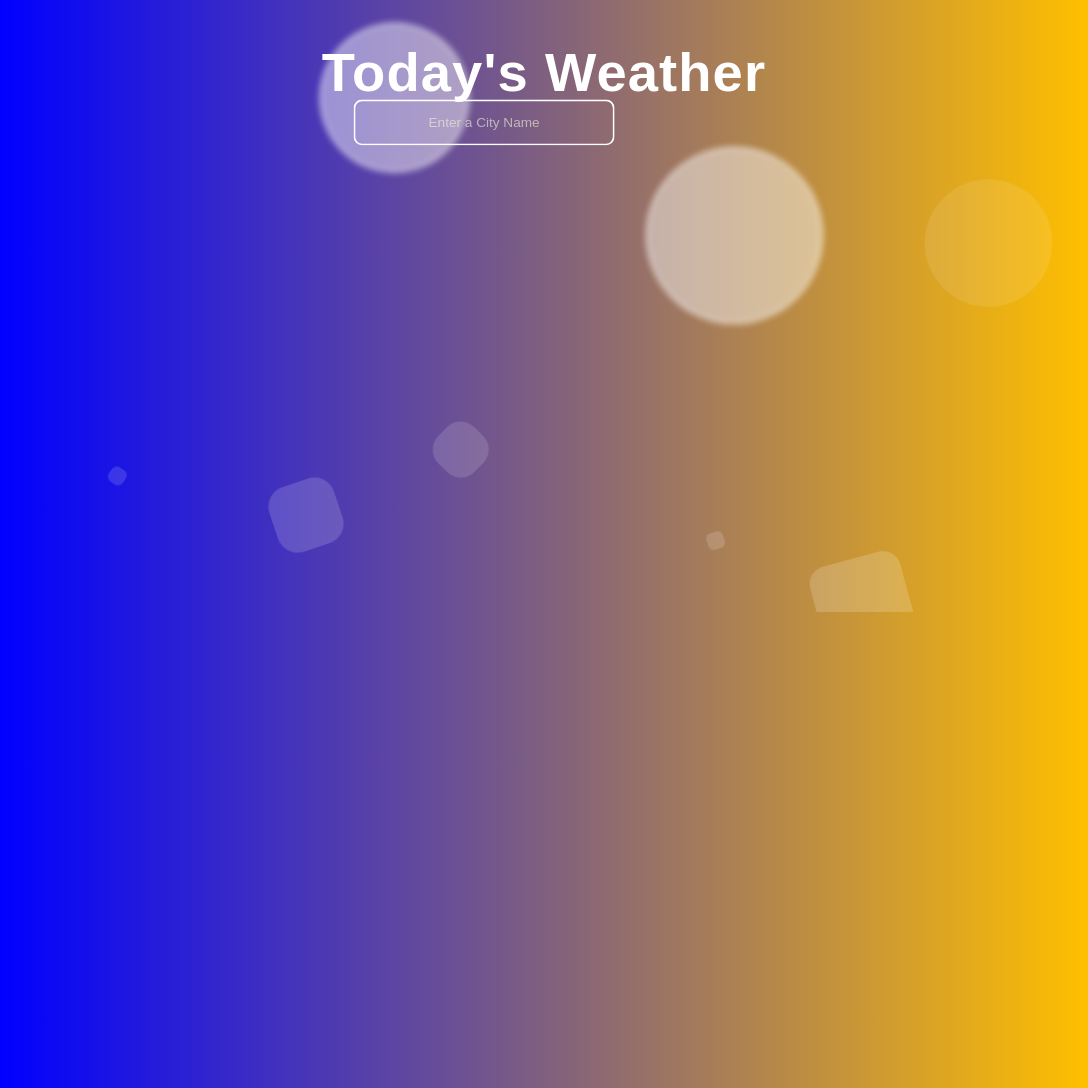
Repository: KayceeNguyen/bubleweather-app
Page: /
The author's editor kept a copy of each file at every save. The page is drawn from the files as they stood at one save, then again after the next save.
The browser window is 1280 px wide. The pictures show the whole page, at 85% of full size.
The project was rebuilt for these pictures with package versions that can differ from the ones it lists, and the page was loaded fresh each time. The framework's server and built-in components were replaced by stand-ins that run in the browser. Also part of the build but not shown: next.config.js.

Above is the page before, as saved 2023-01-20 02:45:45.

### pages/index.js
import Head from 'next/head'
import Image from 'next/image'
import { Inter } from '@next/font/google'
import styles from '@/styles/Home.module.css'
import { useEffect, useState } from 'react'
import axios from 'axios'
// import { setMaxListeners } from 'events'


const inter = Inter({ subsets: ['latin'] })

export default function Home() {

  const [location, setLocation] = useState('');
  const [data, setData] = useState({});
  const [weather, setWeather] = useState('');
  const [wind, setWind] = useState('');
  const [errorMessage, setErrorMessage] = useState('');
  const [icon, setIcon] = useState('');
  const [country, setCountry] = useState('');

  var apiKey = "a26e0a15f49a8c5e5634e795262ea5cd"
  var lang = "en";
  var units = "metric";
  const url = `https://api.openweathermap.org/data/2.5/weather?q=${location}&units=${units}&appid=${apiKey}&lang=${lang}`

  // const iconApi = await fetch('http://openweathermap.org/img/w/' + iconName + '.png')
  //           this.setState({
  //               icon : iconApi.url
  //           })

  // const imageUrl = `https://api.openweathermap.org/img/weather?q=${data.weather.icon}`

  console.log(url);

  const searchLocation = (event) => {
    if(event.key === "Enter") {
      axios.get(url)
      .then((response) => {

        console.clear();
        setData(response.data)
        console.log(response.data);
        setWeather(response.data.weather);
        // setMaxListeners(response.data.main)
        setWind(response.data.wind);
        setIcon(response.data.icon);
        setCountry(response.data.country)
        setErrorMessage("")

      }).catch(err => {

        console.log(err);
        setErrorMessage("Please enter another location");
        setData({});
        setWeather();
        setIcon();
        setWind();
        setCountry();

      })

      setLocation('')
    }
  }

  //   const searchWeather = (event) => {

  //     if(event.onClick == true) {
  //       axios.get(url)
  //       .then((response) => {

  //         console.clear();
  //         setData(response.data)
  //         console.log(response.data);
  //         setWeather(response.data.weather);
  //         // setMaxListeners(response.data.main)
  //         setWind(response.data.wind);
  //         setIcon(response.data.icon);
  //         setCountry(response.data.country)
  //         setErrorMessage("")

  //       }).catch(err => {

  //         console.log(err);
  //         setErrorMessage("Please enter another location");
  //         setData({});
  //         setWeather();
  //         setIcon();
  //         setWind();
  //         setCountry();

  //       })

  //       searchWeather('')
  //   }


  // }

  return (
    <>
      <Head>
        <title>Bubble Weather App</title>
        <meta name="description" content="Generated by create next app" />
        <meta name="viewport" content="width=device-width, initial-scale=1" />
        <link rel="icon" href="/cloudy.ico" />
      </Head>

      <main className={styles.main}>

          <div className={styles.area} >
            <ul className={styles.circles}>
                    <li></li>
                    <li></li>
                    <li></li>
                    <li></li>
                    <li></li>
                    <li></li>
                    <li></li>
                    <li></li>
                    <li></li>
                    <li></li>
            </ul>
          </div >

        <h1 className={styles.header}>Today's Weather</h1>

        <div className={styles.wrapper}>
                <div className={styles.shape1}></div>
                <div className={styles.shape2}></div>

          <div className={styles.searchContainer}>
            <input id={styles.input}

              value={location}
              onChange={event => setLocation(event.target.value)}
              placeholder ="Enter a City Name"
              onKeyDown={searchLocation}
              type="text"

            />

          {/* <button className={styles.searchBtn}
            type="submit"
            onClick={setWeather}

          >SEARCH</button> */}

          <image className={styles.location}
            src='/location.png'

          />


          </div>





        </div>

        {
          weather && data.weather?.map((w, index) => {
            return (

                <div className={styles.container} key={index}>

                  <h2 className={styles.name}>{data.name}, {data.sys.country}</h2>

                  {/* <div className={styles.iconId}>{w.icon}</div> */}

                  <img className={styles.icon}
                    src={`https://s3-us-west-2.amazonaws.com/s.cdpn.io/162656/${w.icon}.svg`}
                    // https://s3-us-west-2.amazonaws.com/s.cdpn.io/162656/${weather[0]["icon"]}.svg
                  />

                  <br/>
                  <br/>
                  <br/>

                  <div className={styles.temp}>{data.main.temp}&#176;C</div>
                  <div className={styles.feelLike}>Feel Like: {data.main.feels_like}&#176;C</div>
                  <br/>



                  <div className={styles.desc}>
                    <div>{w.description} | {w.main}</div>
                    {/* <div>{w.imgUrl}</div> */}
                  </div>

                  <br/>
                  <br/>

                  <div className={styles.tempContainer}>

                    <div className={styles.low}>
                        <h4 className={styles.tittle}>Lowest Temp</h4>
                        <h4 className={styles.tempMin}>{data.main.temp_min}&#176;C</h4>
                    </div>

                    <div className={styles.high}>
                        <h4 className={styles.tittle}>Highest Temp</h4>
                        <div className={styles.tempMax}>{data.main.temp_max}&#176;C</div>
                    </div>

                  </div>

                  <br/>
                  <br/>


                      <div className={styles.wind}>
                        <h4 className={styles.tittle}>Wind gust</h4>
                        <div className={styles.windNum}>{data.wind.gust} m/s</div>
                      </div>


                </div>


            )
          })
        }





      </main>
    </>
  )
}

### styles/Home.module.css
.main {
  display: flex;
  flex-direction: column;
  justify-content: space-between;
  align-items: center;
  padding: 6rem;
  min-height: 100vh;
  font-family: Arial, Helvetica, sans-serif;
  color: white;
}

.description {
  display: inherit;
  justify-content: inherit;
  align-items: inherit;
  font-size: 0.85rem;
  max-width: var(--max-width);
  width: 100%;
  z-index: 2;
  font-family: var(--font-mono);
}

.description a {
  display: flex;
  justify-content: center;
  align-items: center;
  gap: 0.5rem;
}

.description p {
  position: relative;
  margin: 0;
  padding: 1rem;
  background-color: rgba(var(--callout-rgb), 0.5);
  border: 1px solid rgba(var(--callout-border-rgb), 0.3);
  border-radius: var(--border-radius);
}

.code {
  font-weight: 700;
  font-family: var(--font-mono);
}

.grid {
  display: grid;
  grid-template-columns: repeat(4, minmax(25%, auto));
  width: var(--max-width);
  max-width: 100%;
}

.card {
  padding: 1rem 1.2rem;
  border-radius: var(--border-radius);
  background: rgba(var(--card-rgb), 0);
  border: 1px solid rgba(var(--card-border-rgb), 0);
  transition: background 200ms, border 200ms;
}

.card span {
  display: inline-block;
  transition: transform 200ms;
}

.card h2 {
  font-weight: 600;
  margin-bottom: 0.7rem;
}

.card p {
  margin: 0;
  opacity: 0.6;
  font-size: 0.9rem;
  line-height: 1.5;
  max-width: 30ch;
}

.center {
  display: flex;
  justify-content: center;
  align-items: center;
  position: relative;
  padding: 4rem 0;
}

.center::before {
  background: var(--secondary-glow);
  border-radius: 50%;
  width: 480px;
  height: 360px;
  margin-left: -400px;
}

.center::after {
  background: var(--primary-glow);
  width: 240px;
  height: 180px;
  z-index: -1;
}

.center::before,
.center::after {
  content: '';
  left: 50%;
  position: absolute;
  filter: blur(45px);
  transform: translateZ(0);
}

.logo,
.thirteen {
  position: relative;
}

.thirteen {
  display: flex;
  justify-content: center;
  align-items: center;
  width: 75px;
  height: 75px;
  padding: 25px 10px;
  margin-left: 16px;
  transform: translateZ(0);
  border-radius: var(--border-radius);
  overflow: hidden;
  box-shadow: 0px 2px 8px -1px #0000001a;
}

.thirteen::before,
.thirteen::after {
  content: '';
  position: absolute;
  z-index: -1;
}

/* Conic Gradient Animation */
.thirteen::before {
  animation: 6s rotate linear infinite;
  width: 200%;
  height: 200%;
  background: var(--tile-border);
}

/* Inner Square */
.thirteen::after {
  inset: 0;
  padding: 1px;
  border-radius: var(--border-radius);
  background: linear-gradient(
    to bottom right,
    rgba(var(--tile-start-rgb), 1),
    rgba(var(--tile-end-rgb), 1)
  );
  background-clip: content-box;
}

/* Enable hover only on non-touch devices */
@media (hover: hover) and (pointer: fine) {
  .card:hover {
    background: rgba(var(--card-rgb), 0.1);
    border: 1px solid rgba(var(--card-border-rgb), 0.15);
  }

  .card:hover span {
    transform: translateX(4px);
  }
}

@media (prefers-reduced-motion) {
  .thirteen::before {
    animation: none;
  }

  .card:hover span {
    transform: none;
  }
}

/* Mobile */
@media (max-width: 700px) {
  .content {
    padding: 4rem;
  }

  .grid {
    grid-template-columns: 1fr;
    margin-bottom: 120px;
    max-width: 320px;
    text-align: center;
  }

  .card {
    padding: 1rem 2.5rem;
  }

  .card h2 {
    margin-bottom: 0.5rem;
  }

  .center {
    padding: 8rem 0 6rem;
  }

  .center::before {
    transform: none;
    height: 300px;
  }

  .description {
    font-size: 0.8rem;
  }

  .description a {
    padding: 1rem;
  }

  .description p,
  .description div {
    display: flex;
    justify-content: center;
    position: fixed;
    width: 100%;
  }

  .description p {
    align-items: center;
    inset: 0 0 auto;
    padding: 2rem 1rem 1.4rem;
    border-radius: 0;
    border: none;
    border-bottom: 1px solid rgba(var(--callout-border-rgb), 0.25);
    background: linear-gradient(
      to bottom,
      rgba(var(--background-start-rgb), 1),
      rgba(var(--callout-rgb), 0.5)
    );
    background-clip: padding-box;
    backdrop-filter: blur(24px);
  }

  .description div {
    align-items: flex-end;
    pointer-events: none;
    inset: auto 0 0;
    padding: 2rem;
    height: 200px;
    background: linear-gradient(
      to bottom,
      transparent 0%,
      rgb(var(--background-end-rgb)) 40%
    );
    z-index: 1;
  }
}

/* Tablet and Smaller Desktop */
@media (min-width: 701px) and (max-width: 1120px) {
  .grid {
    grid-template-columns: repeat(2, 50%);
  }
}

@media (prefers-color-scheme: dark) {
  .vercelLogo {
    filter: invert(1);
  }

  .logo,
  .thirteen img {
    filter: invert(1) drop-shadow(0 0 0.3rem #ffffff70);
  }
}

@keyframes rotate {
  from {
    transform: rotate(360deg);
  }
  to {
    transform: rotate(0deg);
  }
}

/****************GRADIENT BACKGROUND****************/

.main {
  height: 100vw;
  background: linear-gradient(to right, #ffbf00, #00f); /* Set the initial gradient */
  background-size: 200% 100%; /* Increase the size of the gradient */
  animation: gradient 15s ease infinite; /* Animate the gradient */
}

@keyframes gradient {
  0% {
    background-position: 0% 50%; /* Set the starting position of the gradient */
  }
  50% {
    background-position: 100% 50%; /* Shift the gradient to the right */
  }
  100% {
    background-position: 0% 50%; /* Shift the gradient back to the left */
  }
}

/* Change the colors of the gradient as the cursor moves */
.main:hover {
  background: linear-gradient(to right, #00f, #ffbf00);
}

.header {
  font-weight: bold;
  font-size: 4rem;
  letter-spacing: 0.02em;
  padding: 0 0 30px 0;
  position: absolute;
  top: 3rem;
}

.wrapper {
  font-size: 16px;
  width: 100vw;
  max-width: 28em;
  position: absolute;
  transform: translate(-50%, -50%);
  top: 20%;
  left: 50%;
}

.shape, .shape1, .shape2 {
  position: absolute;
  background-color: hsl(0, 0%, 100%, 45%);
  filter: blur(4px);
  border: 2px solid hsl(0, 0%, 100%, 80%);
  border-radius: 50%;
}


.shape1 {
  height: 13em;
  width: 13em;
  right: -6.5em;
  top: 1.8em;
}

.shape2 {
  height: 11em;
  width: 11em;
  bottom: -3.7em;
  left: -2.5em;
}

.searchContainer {
  display: flex;
  align-items: center;
}

#input {
  font-size: 1em;
  font-family: Arial, Helvetica, sans-serif;
  margin: auto;
  position: absolute;
  display: inline-block;
  text-align: center;
  align-items: center;
  padding-left: 3em;
  padding-right: 3em;
  padding-top: 1em;
  padding-bottom: 1em;

  background-color: transparent;
  border: 2px solid white;
  color: white;
  font-weight: 300;
  border-radius: 10px;
}

#input::placeholder {
  color: hsl(60, 56%, 91%, 0.6);
}

.searchBtn {
  cursor: pointer;
  outline: none;
  font-family: Arial, Helvetica, sans-serif;
  right: 0px;
  position: absolute;
  display: flex;
  text-align: center;
  align-items: center;
  justify-content: center;
  display: inline-block;
  font-size: 1em;
  border: 2px solid white;;

  padding-left: 3em;
  padding-right: 3em;
  padding-top: 1em;
  padding-bottom: 1em;

  background-color: transparent;
  border: 2px solid white;
  color: white;
  font-weight: 800;
  border-radius: 10px;
}

/*** Search BTN animation ***/

.searchBtn:hover, .searchBtn:focus {
  background-color: white;
  color: gray;
}



.name {
  text-align: center;
  position: relative;
}

.container {
  position: relative;
  top: 0;


  display: flex;
  flex-direction: column;
  justify-content: space-between;
  align-items: center;
  padding: 6rem;
  margin: 10rem;

  width: 100%;
  border-radius: 1em;
  text-align: center;

  background: hsl(0, 0%, 100%, 20%);
  backdrop-filter: blur(10px);
  padding: 3em 1.8em;
  border: 4px solid rgba(255, 255, 255, 0.7);
}

/*** Container animation ***/

.container:hover,
.container:focus {
  box-shadow: 0 0.5em 0.5em -0.4em var(--hover);
  transform: translateY(-0.25em);
}

.desc {
  text-align: center;
  position: absolute;
  top: 16em;
}

.temp {
  font-size: 5em;
  padding-bottom: 2rem;
}

.tempContainer {
  display: flex;
  justify-content: center;
}

.tempContainer div {
  padding: 0.3em 1em;
}

.tempContainer div:first-child {
  border-right: 1px solid white;
}

.tempContainer .tittle {
  font-weight: 600;
  color: var(--white);
}

.tempContainer .temp {
  font-weight: 300;
  padding: 3em;
  color: var(--off-white);
}

.tempMin, .tempMax {
  font-weight: 100;
  padding: 5px;
  position: relative;
  display: inline-block;
  left: 0;

}

@media screen and (max-width: 450px) {
  .wrapper {
    font-size: 14px;
  }
}

.icon {
  margin: 40px;
  filter: brightness(0) invert(1);
  transform-origin: top center;
	animation: icon 2s ease infinite;
}

@keyframes icon {
	20% { transform: rotate(15deg); }
	40% { transform: rotate(-10deg); }
	60% { transform: rotate(5deg); }
	80% { transform: rotate(-5deg); }
	100% { transform: rotate(0deg); }
}

.tittle {
  padding: 10px;
}

.area{
  background: -webkit-linear-gradient(to left, #C8102E, #446eac);
  width: 100vw;
  height:100%;
}

.circles{
  position: absolute;
  top: 0;
  left: 0;
  width: 100%;
  height: 100%;
  overflow: hidden;
}

.circles li{
  position: absolute;
  display: block;
  list-style: none;
  width: 20px;
  height: 20px;
  background: rgba(255, 255, 255, 0.2);
  animation: animate 25s linear infinite;
  bottom: -150px;
}

.circles li:nth-child(1){
  left: 25%;
  width: 80px;
  height: 80px;
  animation-delay: 0s;
}


.circles li:nth-child(2){
  left: 10%;
  width: 20px;
  height: 20px;
  animation-delay: 2s;
  animation-duration: 12s;
}

.circles li:nth-child(3){
  left: 70%;
  width: 20px;
  height: 20px;
  animation-delay: 4s;
}

.circles li:nth-child(4){
  left: 40%;
  width: 60px;
  height: 60px;
  animation-delay: 0s;
  animation-duration: 18s;
}

.circles li:nth-child(5){
  left: 65%;
  width: 20px;
  height: 20px;
  animation-delay: 0s;
}

.circles li:nth-child(6){
  left: 75%;
  width: 110px;
  height: 110px;
  animation-delay: 3s;
}

.circles li:nth-child(7){
  left: 35%;
  width: 150px;
  height: 150px;
  animation-delay: 7s;
}

.circles li:nth-child(8){
  left: 50%;
  width: 25px;
  height: 25px;
  animation-delay: 15s;
  animation-duration: 45s;
}

.circles li:nth-child(9){
  left: 20%;
  width: 15px;
  height: 15px;
  animation-delay: 2s;
  animation-duration: 35s;
}

.circles li:nth-child(10){
  left: 85%;
  width: 150px;
  height: 150px;
  animation-delay: 0s;
  animation-duration: 11s;
}



@keyframes animate {

  0%{
      transform: translateY(0) rotate(0deg);
      opacity: 1;
      border-radius: 10%;
  }

  100%{
      transform: translateY(-1000px) rotate(720deg);
      opacity: 0;
      border-radius: 100%;
  }

}

Loaded but not shown: pages/_app.js (common file); pages/_document.js (common file); styles/globals.css (common file)

After the next save:
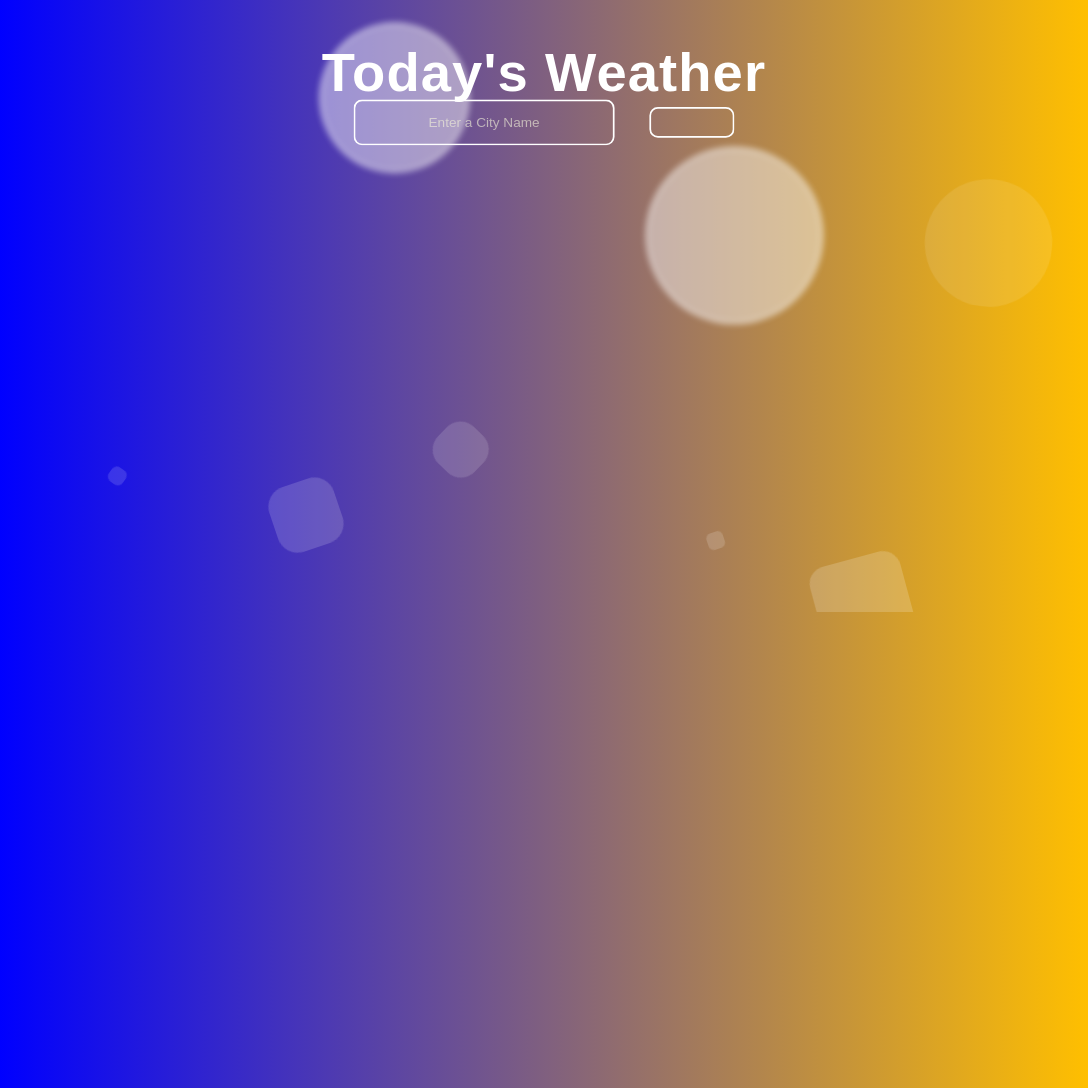
Saved 15 s later.
--- a/styles/Home.module.css
+++ b/styles/Home.module.css
@@ -376,7 +376,7 @@
   color: hsl(60, 56%, 91%, 0.6);
 }
 
-.searchBtn {
+.location {
   cursor: pointer;
   outline: none;
   font-family: Arial, Helvetica, sans-serif;
